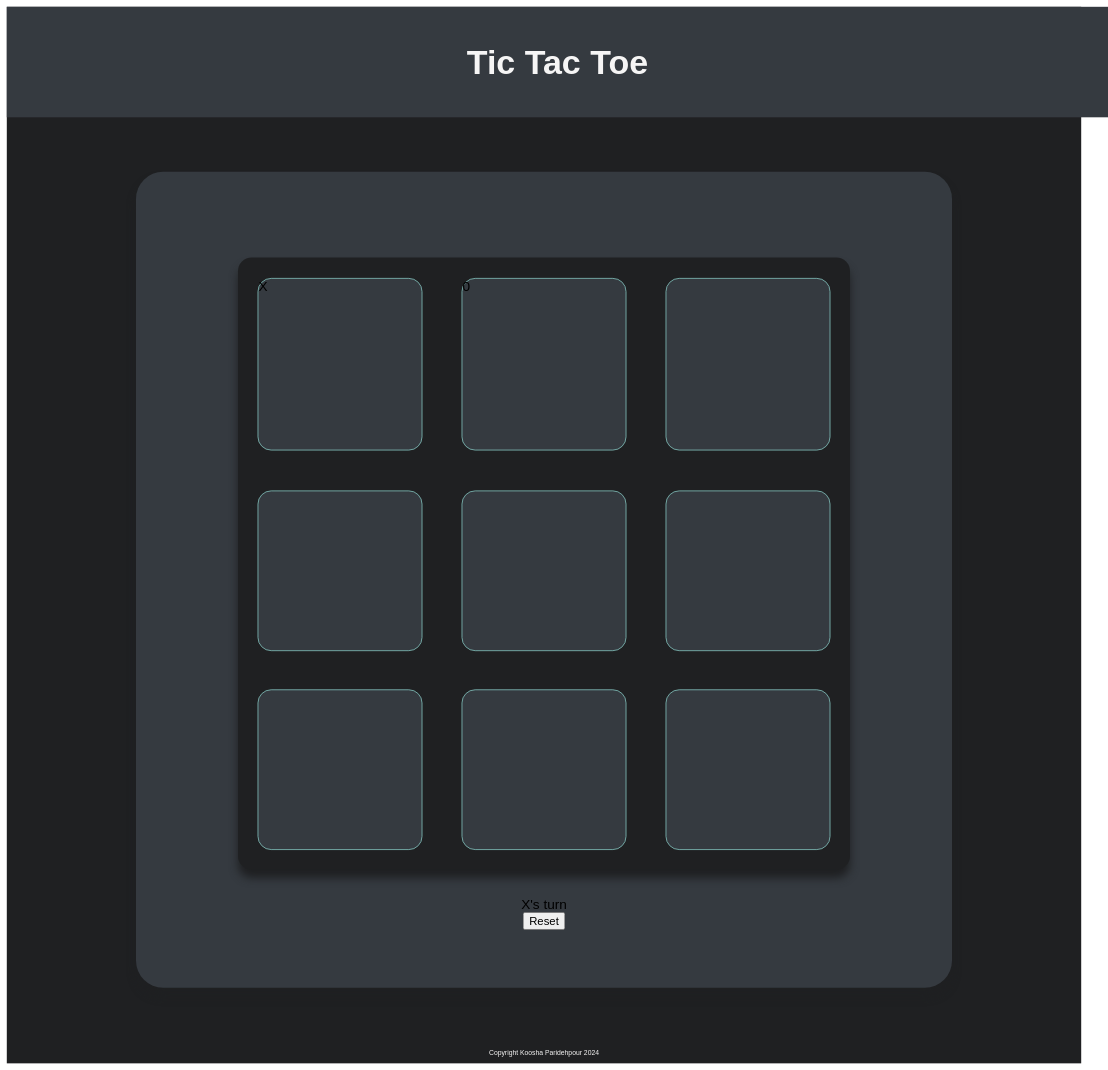
Repository: KooshaPari/odin-TTT
Page: index.html
These files come from the project's save history. The page is drawn as it stood at one moment and after a run of saves; the edit follows.
The browser window is 1280 px wide. The page is 1304 px wide, so the pictures cover 1304 px, including what lies to the right of the window. The pictures show the whole page, at 85% of full size.

Above is the page before, as saved 2024-03-14 22:56:04.

After the next 2 saves:
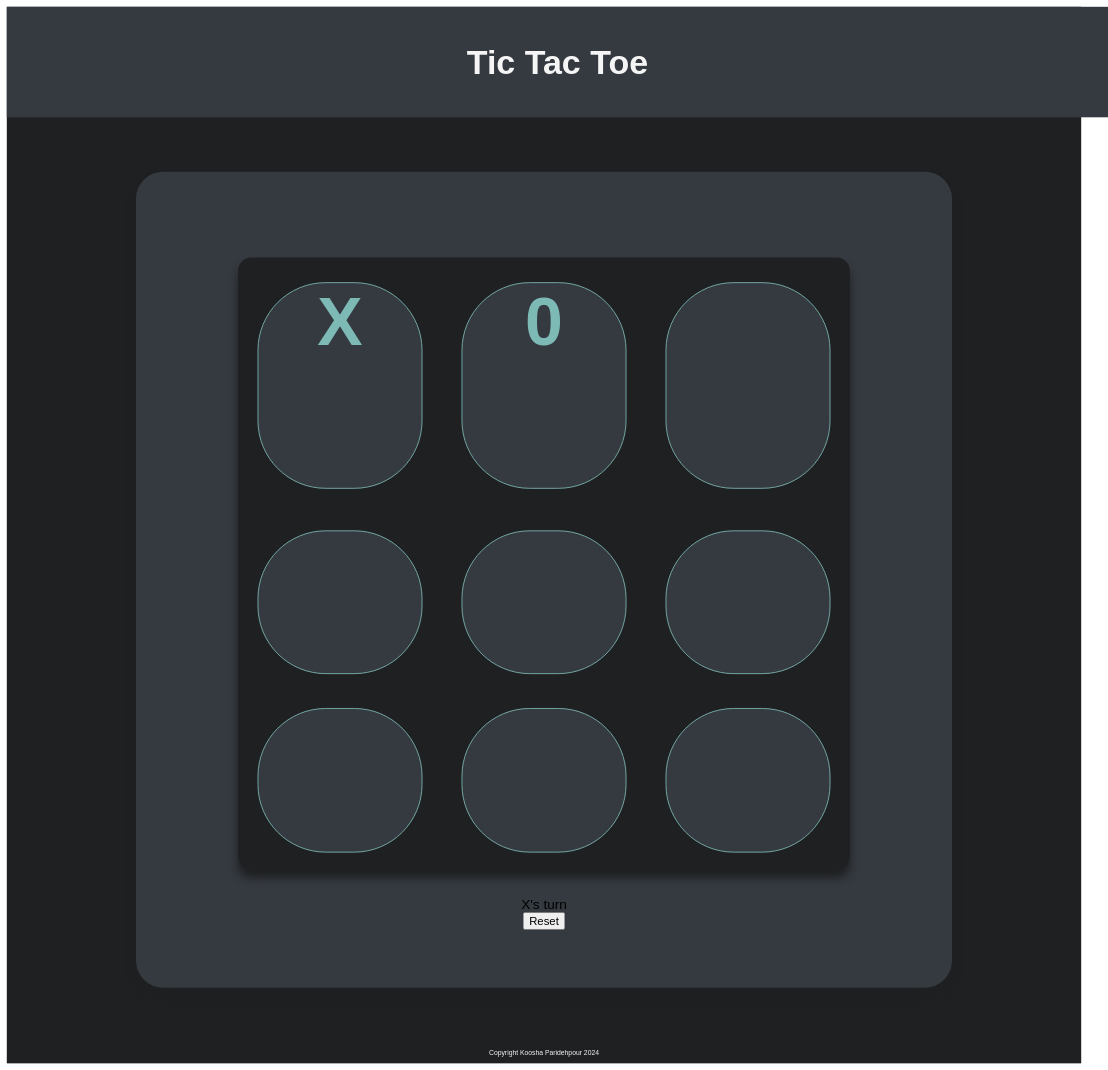
The 2 saves are shown as one change because they came seconds apart.
The last was saved 30 s later.
--- a/style.css
+++ b/style.css
@@ -109,4 +109,8 @@
   border-radius: 1em;
   height: 80%;
   background-color: #353a40;
+  text-align: center;
+  font-size: 5em;
+  color: #7ebab5;
+  font-weight: bold;
 }

After the save that followed:
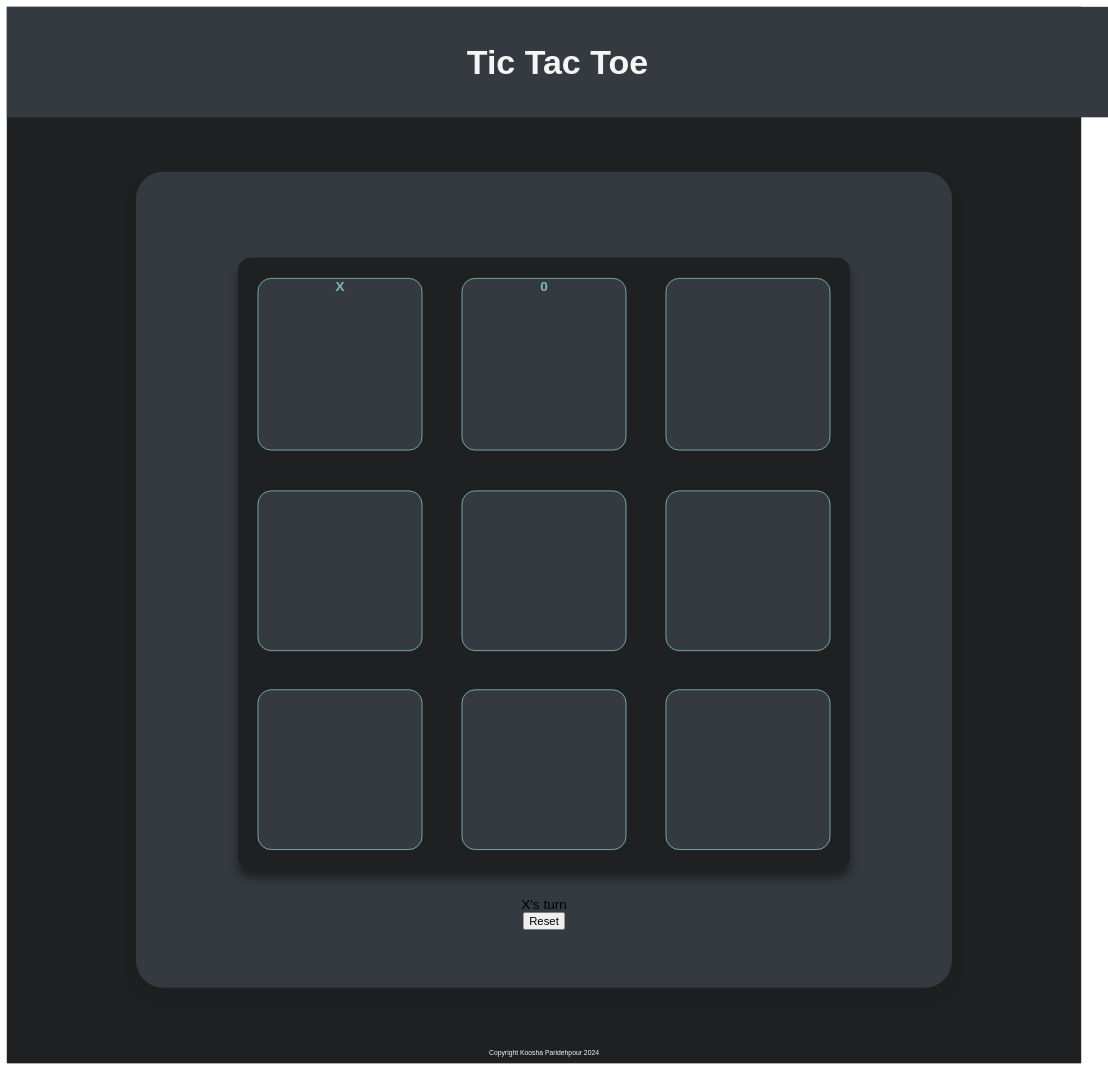
Saved 8 s later.
--- a/style.css
+++ b/style.css
@@ -110,7 +110,7 @@
   height: 80%;
   background-color: #353a40;
   text-align: center;
-  font-size: 5em;
+  font-size: 1em;
   color: #7ebab5;
   font-weight: bold;
 }
